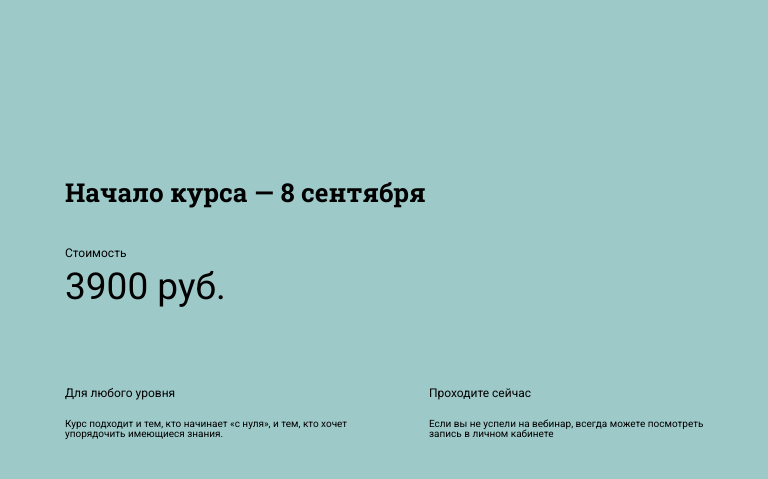
Repository: SabrinaSeydaliyeva/Task3
Page: index.html
These files come from the project's save history. The page is drawn as it stood at one moment and after a run of saves; the edit follows.
The browser window is 768 px wide. The pictures show the whole page.

Above is the page before, as saved 2023-05-16 16:11:30.

### index.html
<!DOCTYPE html>
<html>
<head>
    <meta charset='utf-8'>
    <meta http-equiv='X-UA-Compatible' content='IE=edge'>
    <title>index</title>
    <meta name='viewport' content='width=device-width, initial-scale=1'>
    <link rel='stylesheet' type='text/css' media='screen' href='index.css'>

</head>
<body>
   <div class="container">
      <h1 class="title-h1">Начало курса — 8 сентября</h1>
      <h2 class="title-h2">Стоимость</h2>
      <p class="title-p">3900 руб.</p>

      <ul>
        <li>
            <h1>Для любого уровня</h1>
            <p>Курс подходит и тем, кто начинает «с нуля», и тем, кто хочет упорядочить имеющиеся знания.</p>
        </li>
        <li>
            <h1>Проходите сейчас</h1>
            <p>Если вы не успели на вебинар, всегда можете посмотреть запись в личном кабинете</p>
        </li>
      </ul>



   </div>


</body>
</html>

### index.css
@import url('https://fonts.googleapis.com/css2?family=Roboto&family=Roboto+Slab:wght@700&display=swap');


* {
    margin: 0px;
    padding: 0px;
    box-sizing: border-box;


}

.container {
    padding-left: 122px;
    padding-top: 179px;
    width: 100%;
    min-height: 100vh;
    background-color: #9DC9C8;

}

.title-h1 {
    margin-bottom: 71px;
    font-family: 'Roboto Slab';
    font-style: normal;
    font-weight: 700;
    font-size: 55px;
    line-height: 101.38%;
    color: #000000;

}

.title-h2 {
    font-family: 'Roboto';
    font-style: normal;
    font-weight: 400;
    font-size: 25px;
    line-height: 101.38%;
    margin-bottom: 9px;
}

.title-p {
    margin-bottom: 81px;
    font-family: 'Roboto';
    font-style: normal;
    font-weight: 400;
    font-size: 80px;
    line-height: 101.38%;
    color: #000000;

}

ul li p {
    font-family: 'Roboto';
    font-style: normal;
    font-weight: 400;
    font-size: 18px;
    line-height: 101.38%;


}

ul li h1 {
    margin-bottom: 20px;
    font-family: 'Roboto';
    font-style: normal;
    font-weight: 400;
    font-size: 25px;
    line-height: 101.38%;
}

ul {
    display: flex;
}

ul li {
    list-style-type: none;
    width: 294px;
}

li:nth-child(1) {
    margin-right: 70px;
}


@media screen and (max-width: 1024px) {

    /* tablet */
    .title-h1 {
        font-size: 32px;
        margin-bottom: 41.92px;
    }

    .title-h2 {
        font-size: 14px;
    }

    .title-p {
        font-size: 46px;
    }

    ul li h1 {
        font-size: 14px;
    }

    ul li p {
        font-size: 10px;
    }


}

@media screen and (max-width: 768px) {

    /* mobile */
    .container {
        padding-left: 65px;
        padding-top: 179px;


    }
    .title-h1 {
        font-size: 26px;
    }

    .title-h2 {
        font-size: 12px;
    }

    .title-p {
        font-size: 37px;
    }

    ul li h1 {
        font-size: 12px;
    }

    ul li p {
        font-size: 10px;
    }


}

After the next 2 saves:
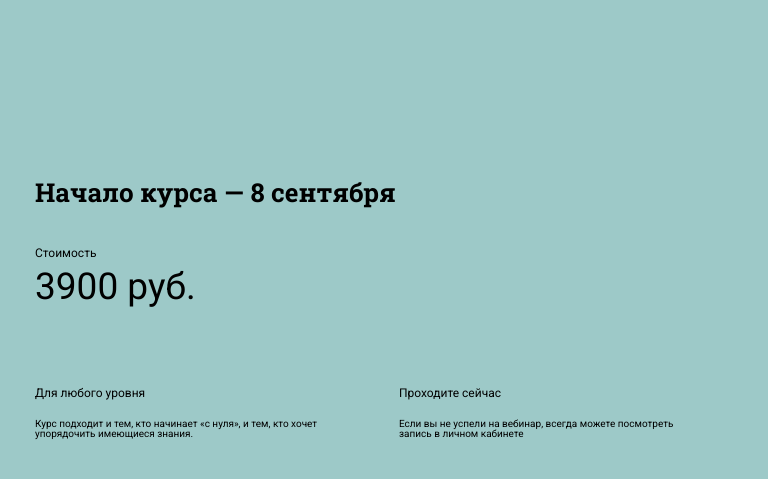
The 2 saves are shown as one change because they came seconds apart.
The last was saved 10 s later.
--- a/index.css
+++ b/index.css
@@ -113,7 +113,7 @@ li:nth-child(1) {
 
     /* mobile */
     .container {
-        padding-left: 65px;
+        padding-left: 35px;
         padding-top: 179px;
 
 
